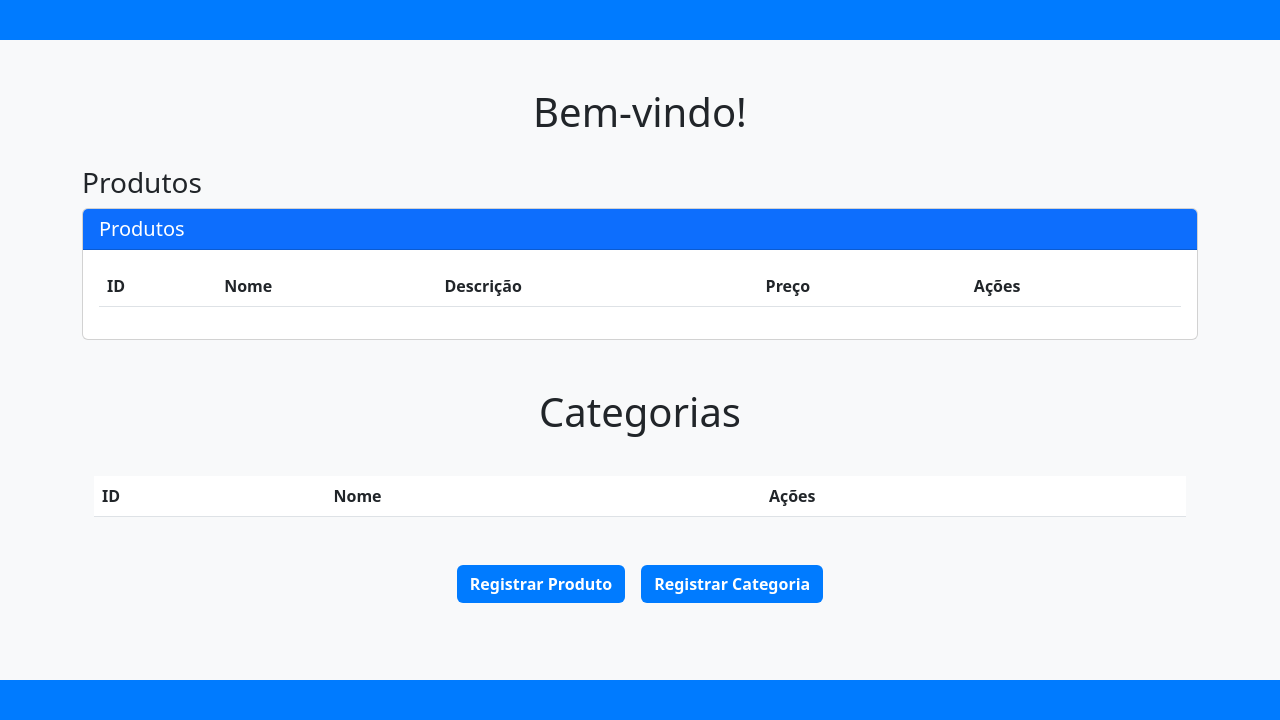
Repository: Gugalzg/sistema-cadastro
Page: http://localhost/index
An editor plug-in stored every save of this project. The page is shown before and after the next save, followed by the edit.
The browser window is 1280 px wide. The pictures show the whole page.
The page is this project's Thymeleaf template; nobody is signed in. The template is opened directly, without the code that normally fills it, so the values that code supplies are empty.

Above is the page before, as saved 2025-01-02 13:00:44.

After the next save:
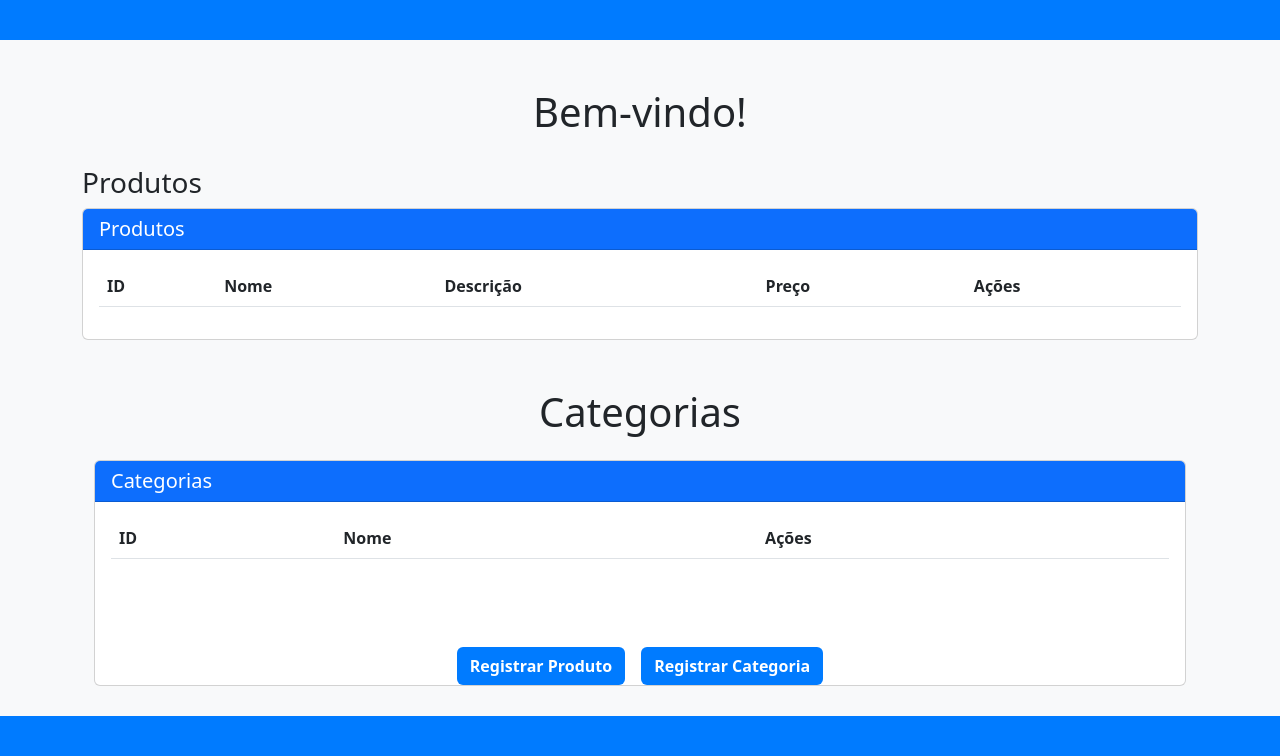
Saved 12 min 33 s later.
--- a/demo/src/main/resources/templates/index.html
+++ b/demo/src/main/resources/templates/index.html
@@ -105,18 +105,22 @@
 		<div class="container mt-5">
 		       <h1 class="text-center mb-4">Categorias</h1>
 
-		       <div class="d-flex justify-content-between mb-3">
 		           <div th:if="${message}" class="alert alert-success" th:text="${message}"></div>
-		       </div>
 
-		       <table class="table table-striped table-hover">
-		           <thead>
-		               <tr>
-		                   <th>ID</th>
-		                   <th>Nome</th>
-		                   <th>Ações</th>
-		               </tr>
-		           </thead>
+				    <!-- Estrutura do Card -->
+				       <div class="card">
+				           <div class="card-header bg-primary text-white">
+				               <h5 class="mb-0">Categorias</h5>
+				           </div>
+				           <div class="card-body">
+				               <table class="table table-striped">
+				                   <thead>
+				                       <tr>
+				                           <th>ID</th>
+				                           <th>Nome</th>
+				                           <th>Ações</th>
+				                       </tr>
+				                   </thead>
 		           <tbody>
 		               <tr th:each="category : ${categories}">
 		                   <td th:text="${category.id}"></td>
